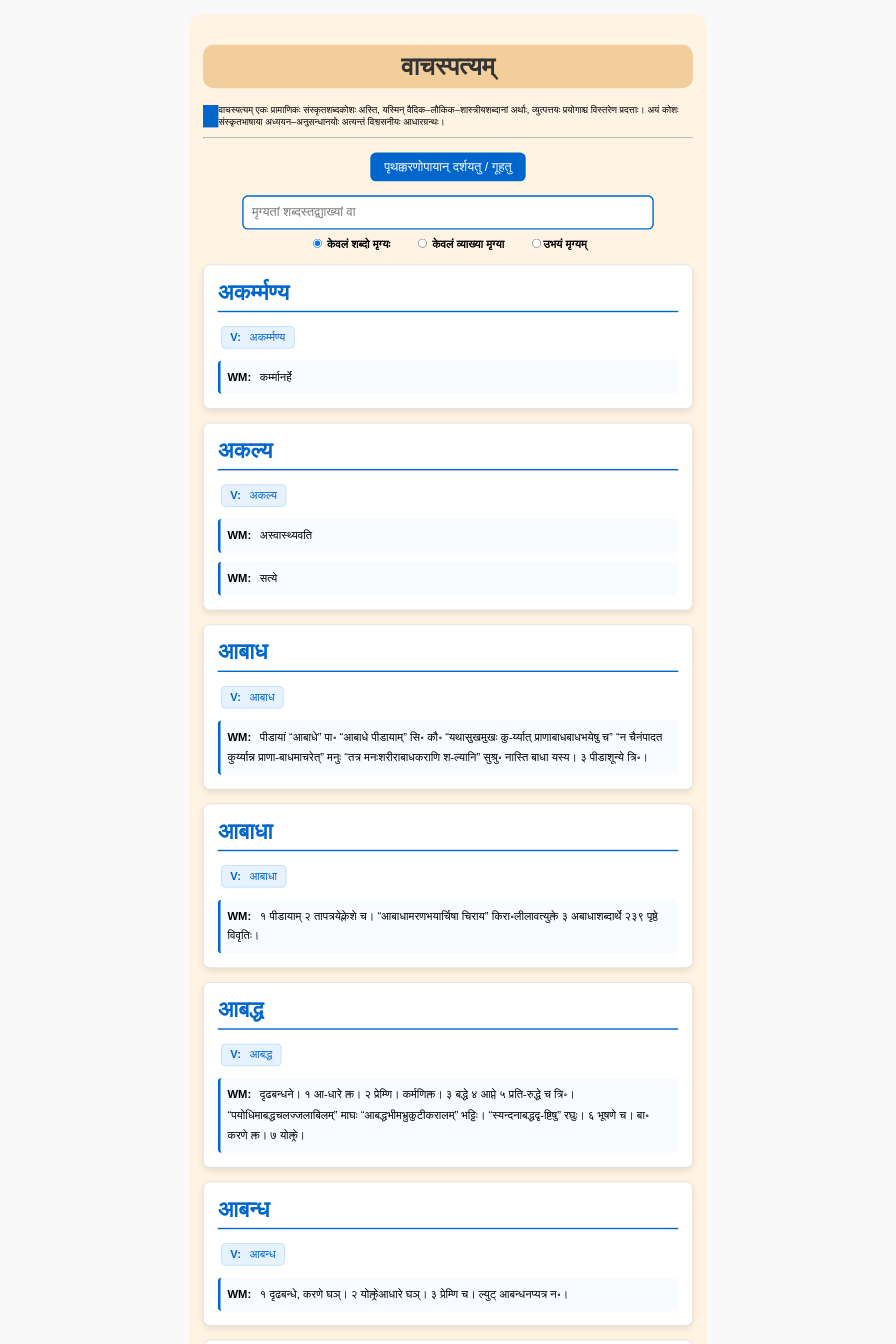
Repository: sanskritsphere/vachaspatyam-demo
Page: index.html
An editor plug-in stored every save of this project. The page is shown before and after the next save, followed by the edit.
The browser window is 1280 px wide. The pictures show the part of the page from y = 0 to 1920 px (the page is 3443 px tall), at 70% of full size.

Above is the page before, as saved 2025-12-14 12:44:44.

After the next save:
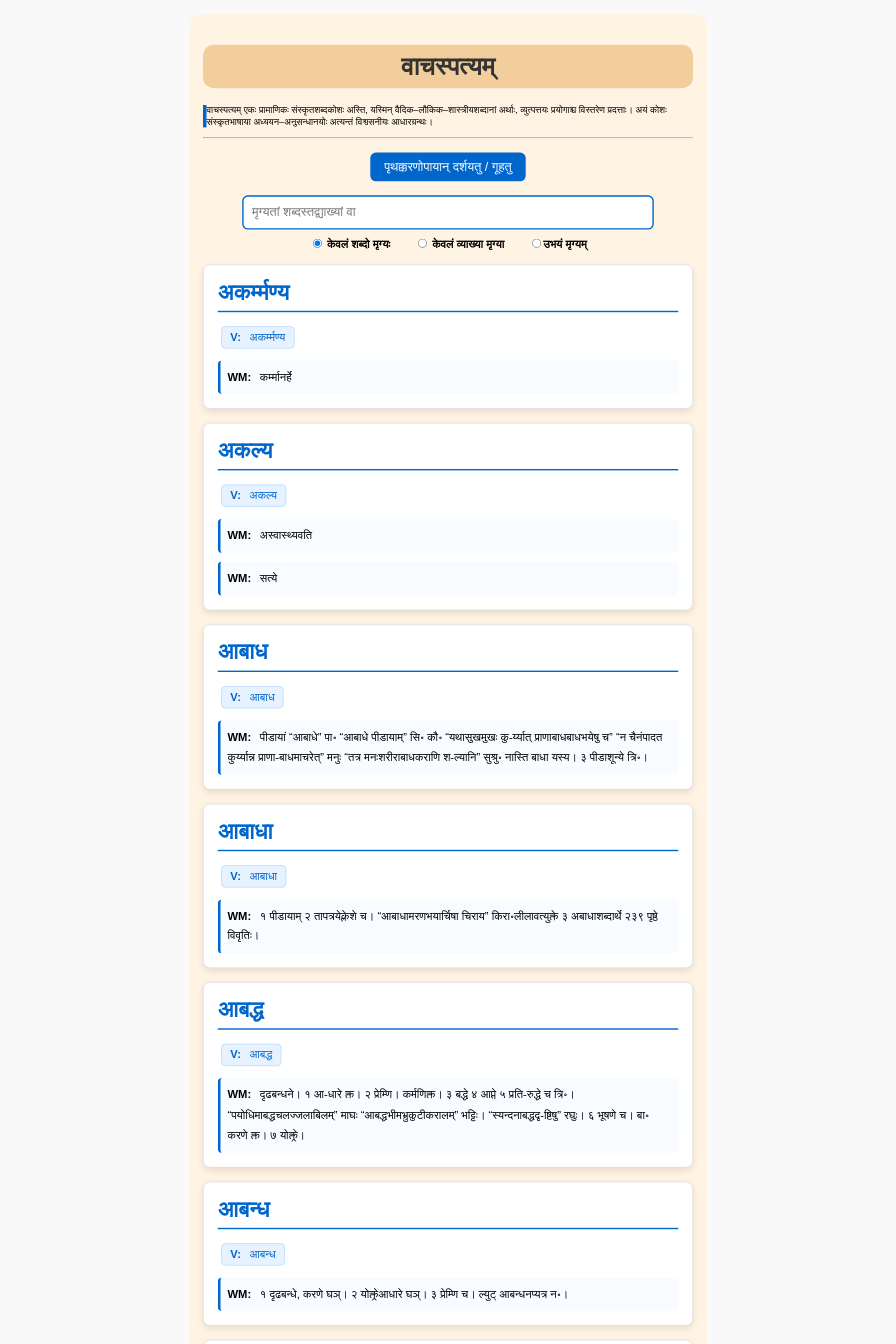
Saved 8 s later.
--- a/style.css
+++ b/style.css
@@ -30,7 +30,7 @@
         }
        header .small{
             font-size: smaller;
-            border-left: 22px solid #0066cc;
+            border-left: 5px solid #0066cc;
         }
         #toggleFilters {
             display: block;
